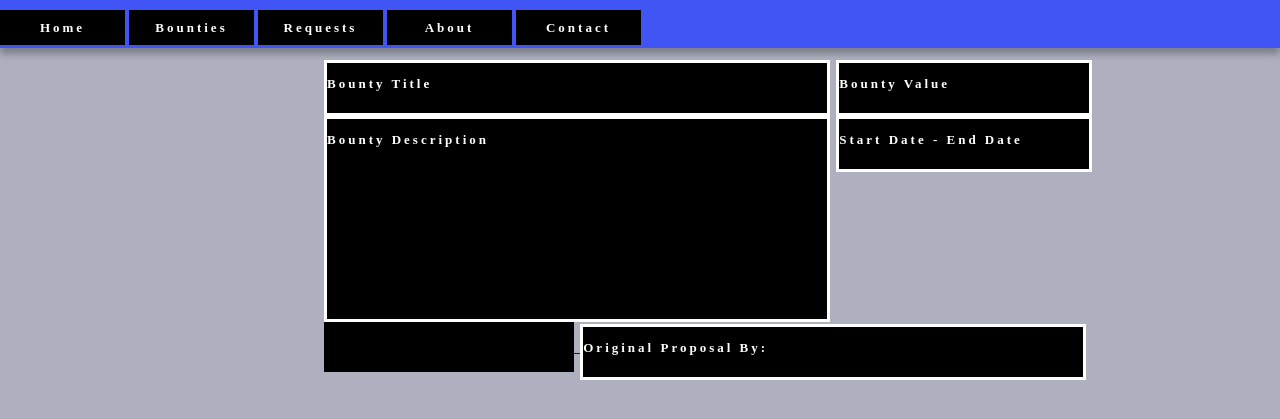
Repository: mailog/Tomorrow
Page: http://localhost/bounties
The author's editor kept a copy of each file at every save. The page is drawn from the files as they stood at one save, then again after the next save.
The browser window is 1280 px wide. The pictures show the whole page.
The page is this project's Thymeleaf template; nobody is signed in. The template is opened directly, without the code that normally fills it, so the values that code supplies are empty.

Above is the page before, as saved 2017-07-27 03:58:30.

After the next save:
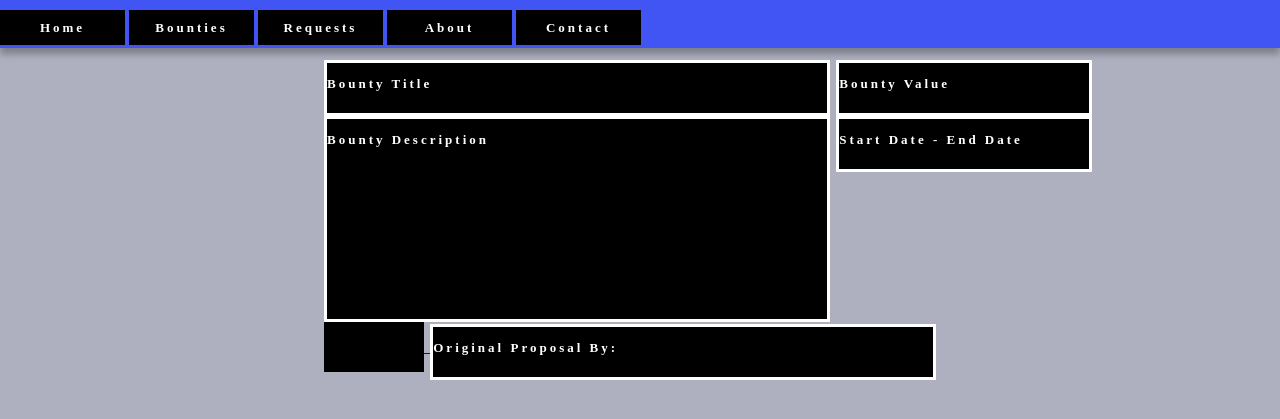
Saved 37 s later.
--- a/Tomorrow/src/main/resources/static/css/bounties.css
+++ b/Tomorrow/src/main/resources/static/css/bounties.css
@@ -60,8 +60,9 @@
 
 .bounty_button
 {
+	color:white
 	display:inline-block;
-	width: 250px;
+	width: 100px;
 	height:50px;
 	background-color: black;
 	border-style:solid;
